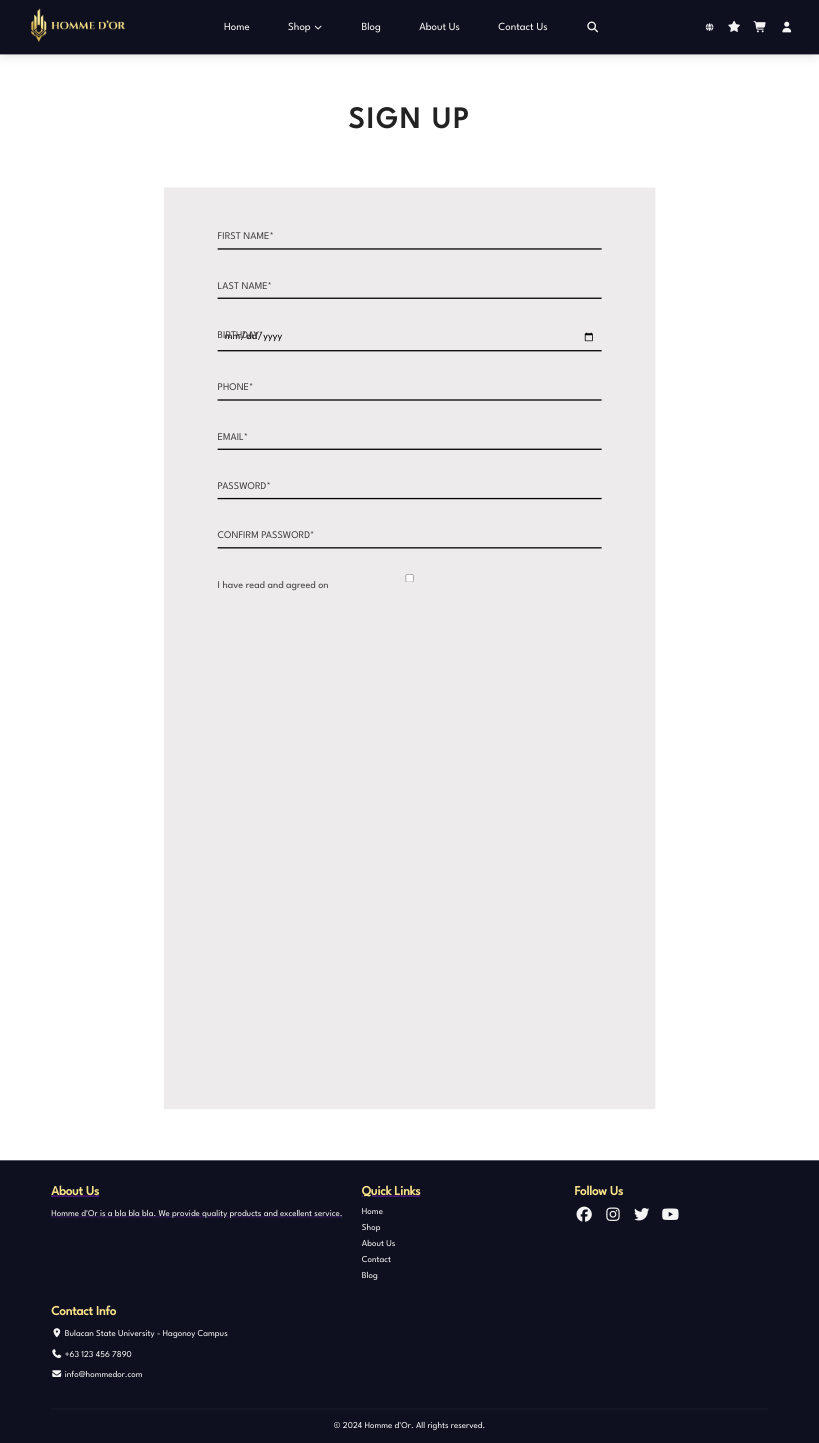
Repository: Izy-Blinken/Homme-d-Or
Page: http://localhost/Homme_dor/pages/signup.php?country=ph
The author's editor kept a copy of each file at every save. The page is drawn from the files as they stood at one save, then again after a run of saves.
The browser window is 1280 px wide. The pictures show the whole page, at 64% of full size.
The page is run by PHP 8.4 with error messages shown; the project is at /var/www/html/.

Above is the page before, as saved 2026-01-24 20:25:02.

After the next 3 saves:
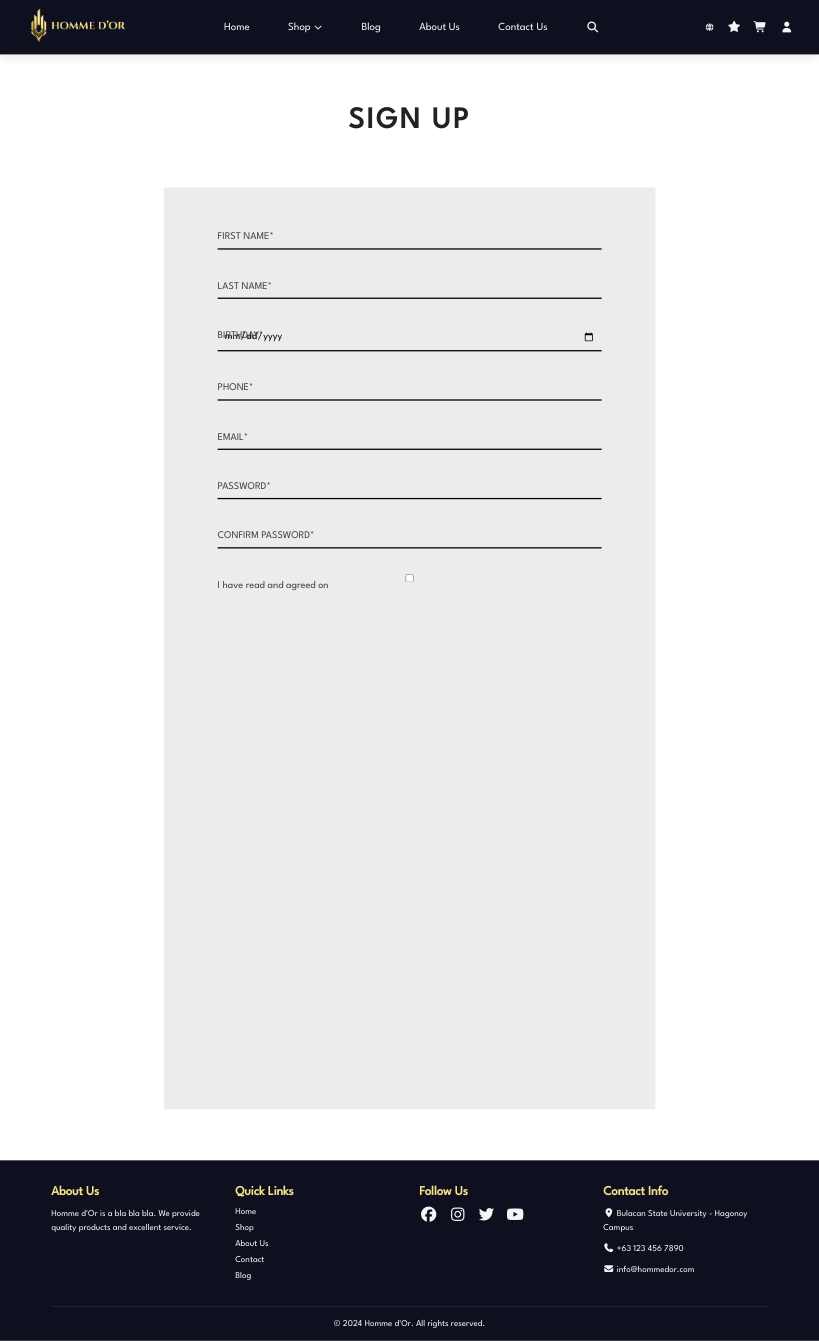
The 3 saves are shown as one change because they came seconds apart.
The last was saved 10 s later.
--- a/pages/signup.php
+++ b/pages/signup.php
@@ -56,7 +56,7 @@
                 <div class="inputGroup">
                     <input type="checkbox" required>
                     <label>I have read and agreed on</label>
-                    <a href=""
+                    <a href="terms.php"></a>
                 </div>
 
             </div>
